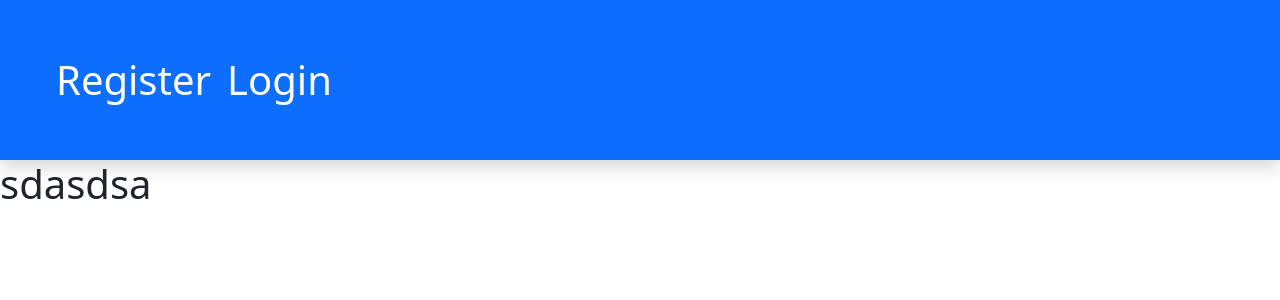
Repository: loveleii/firebase-login-logout
Page: /
These files come from the project's save history. The page is drawn as it stood at one moment and after a run of saves; the edit follows.
The browser window is 1280 px wide. The pictures show the whole page.
The project was rebuilt for these pictures with package versions that can differ from the ones it lists, and the page was loaded fresh each time. Also part of the build but not shown: vite.config.ts, src/views/loginView.vue, src/assets/main.css.

Above is the page before, as saved 2023-03-04 19:25:35.

### src/main.js
import { createApp } from 'vue'
import { createPinia } from 'pinia'

import App from './App.vue'
import router from './router'
import "bootstrap/dist/css/bootstrap.min.css"
import bootstrap from "bootstrap/dist/js/bootstrap.bundle.js"

import './assets/main.css'

const app = createApp(App)

app.use(createPinia())
app.use(router)

app.mount('#app')

### src/App.vue
<script setup lang="ts">
import { RouterLink, RouterView } from 'vue-router'

</script>

<template>
  <div>
        <header class="bg-primary p-5 shadow">
            <div class="container-header">
                <div class="d-flex">
                    <RouterLink to="/" style="text-decoration: none;"><h1 class="text-white m-2" >Register</h1></RouterLink>
                    <RouterLink to="/login" style="text-decoration: none;"><h1 class="text-white m-2">Login</h1></RouterLink>
                </div>
            </div>
        </header>
    </div>

  <RouterView />
</template>

### src/router/index.js
import { createRouter, createWebHistory } from 'vue-router'
import registerView from '../views/registerView.vue'
import loginView from '../views/loginView.vue'

const router = createRouter({
  history: createWebHistory(import.meta.env.BASE_URL),
  routes: [
    {
      path: '/',
      name: 'reg',
      component: registerView
    },
    {
      path: '/login',
      name: 'log',
      component: loginView
    },

  ]
})

export default router

### src/views/registerView.vue
<template>
    <div>
        <h1>sdasdsa</h1>
    </div>
</template>

<script>


</script>

Loaded but not shown: index.html (common file)

After the next 2 saves:
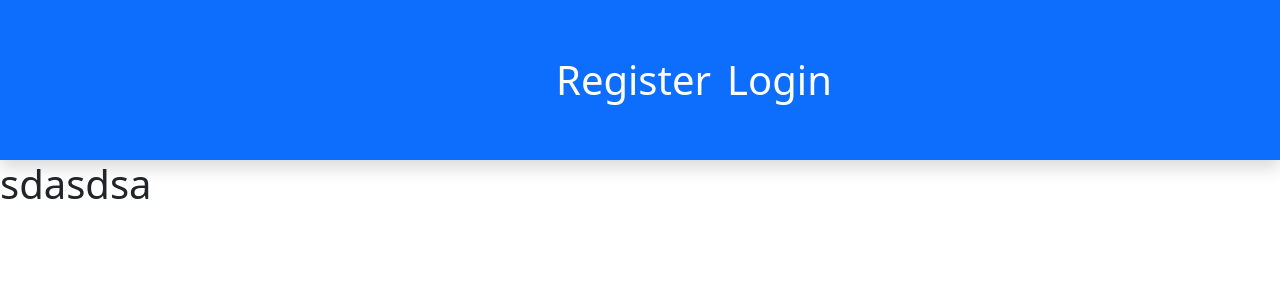
The 2 saves are shown as one change because they came seconds apart.
The last was saved 12 s later.
--- a/src/App.vue
+++ b/src/App.vue
@@ -7,7 +7,7 @@
   <div>
         <header class="bg-primary p-5 shadow">
             <div class="container-header">
-                <div class="d-flex">
+                <div class="d-flex" style="margin-left: 500px;">
                     <RouterLink to="/" style="text-decoration: none;"><h1 class="text-white m-2" >Register</h1></RouterLink>
                     <RouterLink to="/login" style="text-decoration: none;"><h1 class="text-white m-2">Login</h1></RouterLink>
                 </div>

After the save that followed:
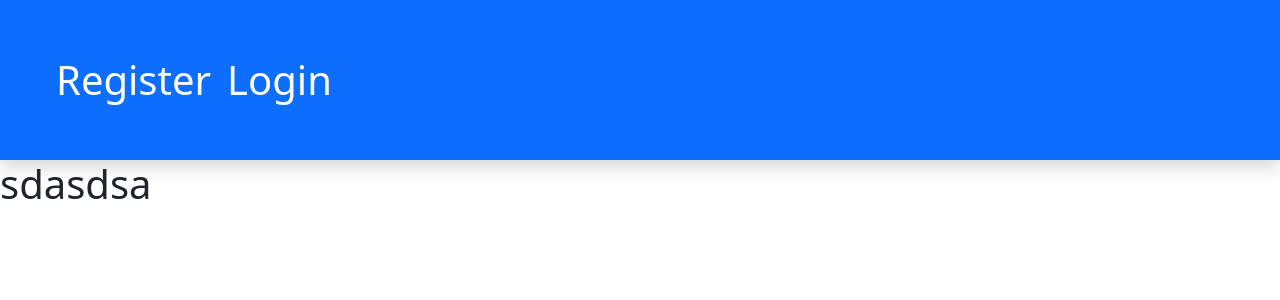
Saved 7 s later.
--- a/src/App.vue
+++ b/src/App.vue
@@ -7,7 +7,7 @@
   <div>
         <header class="bg-primary p-5 shadow">
             <div class="container-header">
-                <div class="d-flex" style="margin-left: 500px;">
+                <div class="d-flex">
                     <RouterLink to="/" style="text-decoration: none;"><h1 class="text-white m-2" >Register</h1></RouterLink>
                     <RouterLink to="/login" style="text-decoration: none;"><h1 class="text-white m-2">Login</h1></RouterLink>
                 </div>
